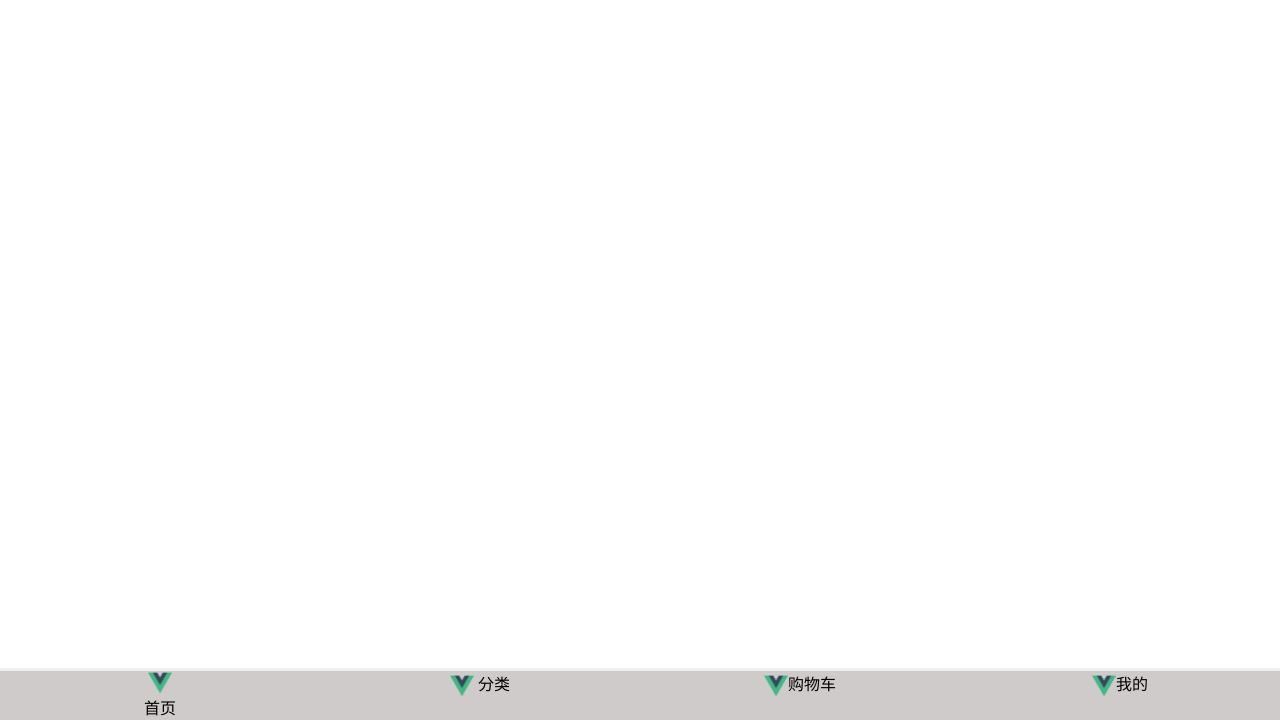
Repository: Shelwinliu/mobile-tabbar-demo
Page: /
An editor plug-in stored every save of this project. The page is shown before and after the next save, followed by the edit.
The browser window is 1280 px wide. The pictures show the whole page.
The project was rebuilt for these pictures with package versions that can differ from the ones it lists, and the page was loaded fresh each time. Also part of the build but not shown: vue.config.js.

Above is the page before, as saved 2021-07-17 17:16:10.

### public/index.html
<!DOCTYPE html>
<html lang="en">
  <head>
    <meta charset="utf-8">
    <meta http-equiv="X-UA-Compatible" content="IE=edge">
    <meta name="viewport" content="width=device-width,initial-scale=1.0">
    <link rel="icon" href="<%= BASE_URL %>favicon.ico">
    <title>tabbar01</title>
  </head>
  <body>
    <noscript>
      <strong>We're sorry but tabbar01 doesn't work properly without JavaScript enabled. Please enable it to continue.</strong>
    </noscript>
    <div id="app"></div>
    <!-- built files will be auto injected -->
  </body>
</html>

### src/App.vue
<template>
  <div id="app">
    <tab-bar></tab-bar>
  </div>
</template>

<script>
import TabBar from './components/tabbar/TabBar'

export default {
  name: 'App',
  components: {
    TabBar
  }
}
</script>

<style>

</style>

### src/router.js
import Vue from 'vue'
import Router from 'vue-router'

Vue.use(Router)

export default new Router({
  mode: 'history',
  base: process.env.BASE_URL,
  routes: [

  ]
})

### src/components/tabbar/TabBar.vue
<template>
  <div>
    <div id="tabbar">
      <div class="tab-bar-item">
        <img src="../../assets/logo.png" alt="" />
        <div>首页</div>
      </div>
      <div class="tab-bar-item">
        <img src="../../assets/logo.png" alt="" />
        分类
      </div>
      <div class="tab-bar-item">
        <img src="../../assets/logo.png" alt="" />购物车
      </div>
      <div class="tab-bar-item">
        <img src="../../assets/logo.png" alt="" />我的
      </div>
    </div>
  </div>
</template>

<script>
export default {
  name: "TabBar",
  data() {
    return {};
  },
  components: {},
};
</script>

<style scoped>
@import "../../assets/css/base.css";

#tabbar {
  display: flex;
  position: fixed;
  bottom: 0;
  left: 0;
  right: 0;
  background: rgb(207, 203, 203);
  box-shadow: 0 -3px 1px rgba(100, 100, 100, 0.1);
}
.tab-bar-item {
  flex: 1;
  text-align: center;
  height: 49px;
}
.tab-bar-item img {
  width: 24px;
  vertical-align: middle;
}
</style>

Loaded but not shown: src/main.js (common file); src/assets/css/base.css (common file)

After the next save:
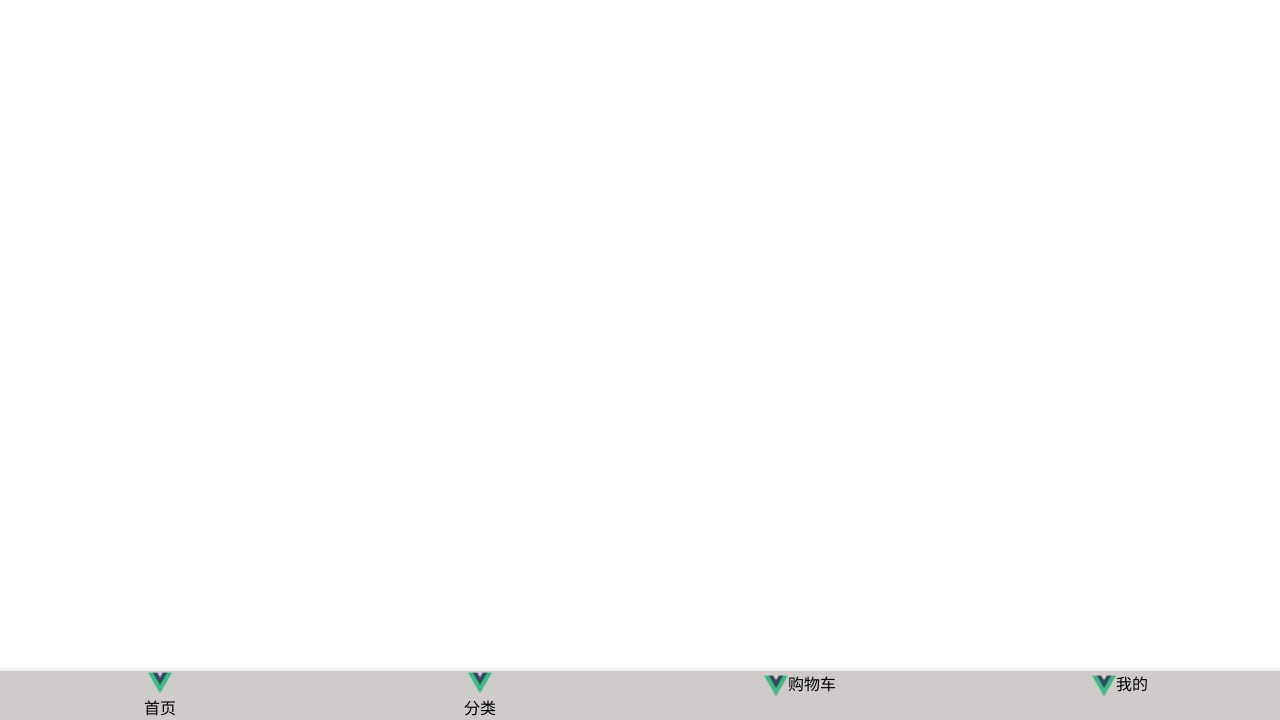
Saved 19 s later.
--- a/src/components/tabbar/TabBar.vue
+++ b/src/components/tabbar/TabBar.vue
@@ -7,7 +7,7 @@
       </div>
       <div class="tab-bar-item">
         <img src="../../assets/logo.png" alt="" />
-        分类
+        <div>分类</div>
       </div>
       <div class="tab-bar-item">
         <img src="../../assets/logo.png" alt="" />购物车
